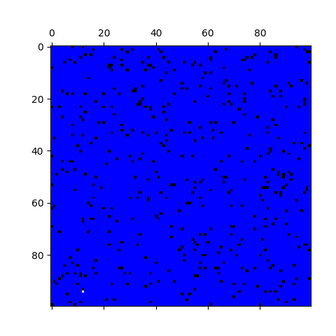
Repository: eduardodut/Trabalho_final_estatistica_cd
Script's output: python src/Simulador.py
An editor plug-in stored every save of this project. The script's output is shown before and after the next save, followed by the edit.
The pictures show rows 0 to 2240 of an output 480 px tall, at 70% of full size.
Each picture stacks the figures in order, with grey between them; figures that are only written to a file come last. The script is stopped after its 8th figure. Random numbers start from a fixed seed.

Above is the script's output before, as saved 2020-07-12 15:33:52.

### src/Simulador.py
import pandas as pd
import numpy as np
from Matriz_esferica import Matriz_esferica
from Individuo import Individuo, Fabrica_individuo
import random
from itertools import permutations
import matplotlib.pyplot as plt
from matplotlib.colors import ListedColormap
from scipy.sparse import csr_matrix, lil_matrix




class Simulador():
    SADIO = 0
    INFECTADO_TIPO_1 = 1 #assintomáticos e o infectado inicial
    INFECTADO_TIPO_2 = 2 #sintomático
    CURADO = 3
    MORTO = 4

    def __init__(
        self,
        tamanho_matriz,                 #numero de linhas e colunas da matriz esférica
        percentual_inicial_tipo1,       #percentual inicial da população que será infectada tipo 1
        percentual_inicial_tipo2,       #percentual inicial da população que será infectada tipo 2
        chance_infeccao,                #chance que um infectado tipo 2 tem de infectar um indivíduo saudável
        chance_infeccao_tipo2,          #chance de um indivíduo infectado se tornar contagioso
        chance_morte,                   #chance de um indivíduo tipo 2 morrer ao fim de uma atualização
        atualizacoes_cura):             #número de atualizações necessárias para a cura de um indivíduo tipo 1 ou 2

        self.num_atualizacoes = 0
        self.lista_infectados_tipo_2 = []
        self.lista_infectados_tipo_1 = []
        self.num_curados = 0
        self.num_mortos = 0

        self.chance_infeccao = chance_infeccao
        self.chance_infeccao_tipo2 = chance_infeccao_tipo2
        self.chance_morte = chance_morte
        self.atualizacoes_cura = atualizacoes_cura

        self.populacao_inicial = int(tamanho_matriz**2)
        self.num_inicial_tipo2 = int(self.populacao_inicial * percentual_inicial_tipo2)
        self.num_inicial_tipo1 = 1 + int(self.populacao_inicial * percentual_inicial_tipo1)
        self.num_inicial_sadios = self.populacao_inicial - (self.num_inicial_tipo2 + self.num_inicial_tipo1)

        self.matriz_status =lil_matrix((tamanho_matriz, tamanho_matriz),dtype= np.uint8) # np.zeros((tamanho_matriz, tamanho_matriz),dtype= np.uint8)#
        self.matriz_atualizacoes_cura = lil_matrix((tamanho_matriz, tamanho_matriz),dtype= np.uint8)#np.zeros((tamanho_matriz, tamanho_matriz),dtype= np.uint8)#



        #self.matriz_status = self.df_individuos.to_numpy()
        self.popular(tamanho_matriz)

        self.lista_matrizes_status = []


        #objeto que é responsável por validar a movimentação no grid n x n
        self.matriz_esferica = Matriz_esferica(tamanho_matriz)




        dict = {
                'num_sadios':self.num_inicial_sadios,
                'num_infect_t1':self.num_inicial_tipo1,
                'num_infect_t2':self.num_inicial_tipo2,
                'num_curados':0,
                'num_mortos':0}



        #dataframe que guardará os resultados de cada atualização
        self.dataframe = pd.DataFrame(dict,index = [0])
        self.salvar_posicionamento()


    def criar_individuo(self, status, posicao):

        self.matriz_status[posicao[0], posicao[1]] = status
        if status == self.INFECTADO_TIPO_1 or status == self.INFECTADO_TIPO_2:
            self.matriz_atualizacoes_cura[posicao[0], posicao[1]] = self.atualizacoes_cura
        else:
            self.matriz_atualizacoes_cura[posicao[0], posicao[1]] = 0


    def salvar_posicionamento(self):

        self.lista_matrizes_status.append(self.matriz_status)


    def verificar_infeccao(self, lista_infectantes):
        lista_novos_infectados_tipo1 = []
        lista_novos_infectados_tipo2 = []
        #itera sobre sobre a lista de individuos que infectam e cada um realiza a tividade de infectar
        for indice_infectante in lista_infectantes:

            #busca os vizinhos do infectante atual
            lista_vizinhos = self.matriz_esferica.get_vizinhos(indice_infectante)

            #Para cada vizinho, se ele for sadio, é gerado um número aleatório para verificar se foi infectado
            for indice_vizinho in lista_vizinhos:

                #verificação de SADIO
                if self.verifica_status(indice_vizinho) == self.SADIO:
                    #verificação do novo status
                    novo_status = self.infectar(chance_infeccao, chance_infeccao_tipo2)
                    #se for um infectado tipo 1
                    if novo_status == Individuo.INFECTADO_TIPO_1:
                        #adiciona na lista de novos tipo 1
                        lista_novos_infectados_tipo1.append(indice_vizinho)
                    if novo_status == Individuo.INFECTADO_TIPO_2:
                        #adiciona na lista de novos tipo 2
                        lista_novos_infectados_tipo2.append(indice_vizinho)


        return lista_novos_infectados_tipo1, lista_novos_infectados_tipo2

    def checagem_morte_individual(self, chance_morte):
        rng_morte = random.random()
        if rng_morte <= chance_morte:

            return self.MORTO
        else:
            return self.INFECTADO_TIPO_2

    def checar_cura_individual(self, indice):

        self.matriz_atualizacoes_cura[indice[0], indice[1]] = self.matriz_atualizacoes_cura[indice[0], indice[1]] - 1
        if self.matriz_atualizacoes_cura[indice[0], indice[1]] == 0:
            return self.CURADO
        else:
            return self.matriz_status[indice[0], indice[1]]

    def checagem_morte_lista(self, lista_infectantes):
        lista_mortos = []
        for indice_infectante in lista_infectantes:
            novo_status = self.checagem_morte_individual(self.chance_morte)
            if novo_status == Individuo.MORTO:
                lista_mortos.append(indice_infectante)
        return lista_mortos


    def checagem_cura_lista(self, lista_infectantes):
        lista_curados = []
        for indice_infectante in lista_infectantes:
            novo_status = self.checar_cura_individual(indice_infectante)
            if novo_status == Individuo.CURADO:
                lista_curados.append(indice_infectante)

        return lista_curados




    def iterar(self):

        #Verifica os novos infectados por infectantes do tipo 1 e 2
        #print(self.lista_infectados_tipo_1+self.lista_infectados_tipo_2)
        lista_novos_infectados_tipo1, lista_novos_infectados_tipo2 = self.verificar_infeccao(self.lista_infectados_tipo_1+self.lista_infectados_tipo_2)

        for indice in lista_novos_infectados_tipo1:
            self.criar_individuo(self.INFECTADO_TIPO_1, indice)
        for indice in lista_novos_infectados_tipo2:
            self.criar_individuo(self.INFECTADO_TIPO_2, indice)


        #Verifica morte dos infectados tipo 2
        lista_mortos = self.checagem_morte_lista(self.lista_infectados_tipo_2)
        #retira os indices dos individuos mortos da lista de infectados
        self.lista_infectados_tipo_2 = [indice for indice in self.lista_infectados_tipo_2 if indice not in lista_mortos]
        #Instancia individuos mortos na matriz
        for indice in lista_mortos:
            self.criar_individuo(self.MORTO, indice)
        #atualiza o número de mortos na matriz
        #self.num_mortos = self.num_mortos + len(lista_mortos)

        #Verifica cura dos infectados tipo 1
        lista_curados_t1 = self.checagem_cura_lista(self.lista_infectados_tipo_1)

        #Verifica cura dos infectados tipo 2
        lista_curados_t2 = self.checagem_cura_lista(self.lista_infectados_tipo_2 )

        #Instancia individuos mortos na matriz
        for indice in lista_curados_t1+lista_curados_t2:
            self.criar_individuo(self.CURADO, indice)

        #atualiza o número de curados na matriz
        #self.num_curados = self.num_curados + len(lista_curados_t1 + lista_curados_t2)


        #Atualiza a lista de infectados após a cura dos individuos
        self.lista_infectados_tipo_1 = [indice for indice in self.lista_infectados_tipo_1 if indice not in lista_curados_t1]
        self.lista_infectados_tipo_2 = [indice for indice in self.lista_infectados_tipo_2 if indice not in lista_curados_t2]

        #movimentação
        for indice in self.lista_infectados_tipo_1+self.lista_infectados_tipo_2:
            self.mover_infectante(indice)


        self.lista_infectados_tipo_1 = []
        self.lista_infectados_tipo_2 = []
        # matriz_infectantes = self.matriz_status[self.matriz_status > 0]
        # matriz_infectantes = matriz_infectantes[matriz_infectantes < 3]
        indices_nao_sadios = zip(*self.matriz_status.nonzero())
        self.num_curados = 0
        self.num_mortos = 0
        for indice in indices_nao_sadios:

            status = self.matriz_status[indice[0], indice[1]]
            if status == self.INFECTADO_TIPO_1:
                self.lista_infectados_tipo_1.append(indice)
            if status == self.INFECTADO_TIPO_2:
                self.lista_infectados_tipo_2.append(indice)
            if status == self.CURADO:
                self.num_curados +=1
            if status == self.MORTO:
                self.num_mortos +=1



        dict = {'num_sadios': self.populacao_inicial - len(self.lista_infectados_tipo_1) -len(self.lista_infectados_tipo_2) -self.num_curados-self.num_mortos,
                'num_infect_t1': len(self.lista_infectados_tipo_1),
                'num_infect_t2': len(self.lista_infectados_tipo_2),
                'num_curados': self.num_curados,
                'num_mortos': self.num_mortos}

        self.dataframe = self.dataframe.append(dict, ignore_index=True)

        self.salvar_posicionamento()

        #adiciona 1 ao número de atualizações realizadas na matriz
        self.num_atualizacoes +=1

    def infectar(self, chance_infeccao, chance_infeccao_tipo2):
        saida = Individuo.SADIO

        #número aleatório para chance de infectar o vizinho
        rng_infeccao = random.random()
        if rng_infeccao <= chance_infeccao:
            #número aleatório para chance de infecção tipo 1 ou 2
            rng_infeccao_tipo2 = random.random()
            if rng_infeccao_tipo2 <= chance_infeccao_tipo2:
                saida = Individuo.INFECTADO_TIPO_2
            else:
                saida = Individuo.INFECTADO_TIPO_1
        return saida

    def popular(self, tamanho_matriz):

        #lista de possíveis combinações de índices da matriz de dados
        permutacoes = permutations(list(range(tamanho_matriz)),2)
        #conversão para lista de tuplas(x,y)
        lista_indices = list(permutacoes)
        #embaralhamento dos índices
        random.shuffle(lista_indices)

        #cria o primeiro tipo1:
        indice = lista_indices.pop()
        self.criar_individuo(Individuo.INFECTADO_TIPO_1, indice)
        self.lista_infectados_tipo_1.append(indice)
        #cria o restante dos tipos 1
        for i in range(1,self.num_inicial_tipo1):
            indice = lista_indices.pop()
            self.criar_individuo(Individuo.INFECTADO_TIPO_1,indice)
            self.lista_infectados_tipo_1.append(indice)
        #cria o restante dos tipo 2:
        for indice in range(self.num_inicial_tipo2):
            indice = lista_indices.pop()
            self.criar_individuo(Individuo.INFECTADO_TIPO_2,indice)
            self.lista_infectados_tipo_2.append(indice)

    def trocar(self,matriz,ponto_ini,ponto_final):
        x_ini = ponto_ini[0]
        y_ini = ponto_ini[1]
        x_fin = ponto_final[0]
        y_fin = ponto_final[1]

        aux = matriz[x_fin,y_fin]
        matriz[x_fin,y_fin] = matriz[x_ini,y_ini]
        matriz[x_ini,y_ini] = aux


    def verifica_status(self, indice):
        return self.matriz_status[indice[0], indice[1]]

    def mover_infectante(self, posicao_inicial):
        pos_x, pos_y = posicao_inicial[0], posicao_inicial[1]
        rng_posicao = random.random()
        if rng_posicao <=0.25:
            #move pra cima
            pos_x -= 1
        elif rng_posicao <=0.5:
            #move pra baixo
            pos_x += 1
        elif rng_posicao <=0.75:
            #move para esquerda
            pos_y -= 1
        else:
            #move para direita
            pos_y += 1

        posicao_final= self.matriz_esferica.valida_ponto_matriz(pos_x, pos_y)


        self.trocar(self.matriz_status, posicao_inicial, posicao_final)
        self.trocar(self.matriz_atualizacoes_cura, posicao_inicial, posicao_final)
        return posicao_final






chance_infeccao = 0.3
chance_infeccao_tipo2 = 0.2
chance_morte = 0.02
atualizacoes_cura = 10
percentual_inicial_tipo1 = 0.0
percentual_inicial_tipo2 = 0.0


sim = Simulador(
    100,
    percentual_inicial_tipo1,
    percentual_inicial_tipo2,
    chance_infeccao,
    chance_infeccao_tipo2,
    chance_morte,atualizacoes_cura)

#print(sim.lista_matrizes_posicionamento[0])
#print(sim.lista_infectados_tipo_2)
#print(sim.lista_infectados_tipo_1)
cmap = ListedColormap(['w', 'y', 'r', 'blue', 'black'])


while (sim.dataframe.iloc[-1]['num_infect_t1']+sim.dataframe.iloc[-1]['num_infect_t2']) > 0:
    #plt.matshow(sim.matriz_status.toarray(), cmap = cmap, vmin= 0, vmax = 4)
 #   print(sim.dataframe.iloc[-1])
    sim.iterar()
    #print(sim.dataframe.iloc[-1])
    #print("xxxxxxxxxxxxxxxxxTipo: ",type(sim.lista_matrizes_posicionamento[len(sim.lista_matrizes_posicionamento)-1].toarray()))
plt.matshow(sim.matriz_status.toarray(), cmap = cmap, vmin= 0, vmax = 4)
print(sim.dataframe)
plt.show()
# for i in range(30):
#     #plt.matshow(sim.lista_matrizes_status[i].toarray(), cmap = cmap, vmin= 0, vmax = 4)
#     sim.iterar()
# print(sim.dataframe)
# plt.show()

### src/Matriz_esferica.py

import random

class Matriz_esferica():

    def __init__(self, tamanho):
        self.tamanho = tamanho

    def get_vizinho_esquerda(self, indice_x: int, indice_y: int):
        return self.checa_limite_matriz(indice_x), self.checa_limite_matriz(indice_y -1)

    def get_vizinho_direita(self, indice_x: int, indice_y: int):
        return self.checa_limite_matriz(indice_x), self.checa_limite_matriz(indice_y + 1)

    def get_vizinho_cima(self, indice_x: int, indice_y: int):
        return self.checa_limite_matriz(indice_x - 1), self.checa_limite_matriz(indice_y)

    def get_vizinho_baixo(self, indice_x: int, indice_y: int):
        return self.checa_limite_matriz(indice_x + 1), self.checa_limite_matriz(indice_y)

    def get_vizinhos(self, indice):
        indice_x = indice[0]
        indice_y = indice[1]
        return self.get_vizinho_cima(indice_x,indice_y), self.get_vizinho_baixo(indice_x,indice_y),  self.get_vizinho_esquerda(indice_x,indice_y), self.get_vizinho_direita(indice_x,indice_y)

    def checa_limite_matriz(self, indice):

        if indice < 0:
            return self.tamanho + indice
        elif indice > self.tamanho - 1:
            return indice - self.tamanho
        else:
            return indice

    def valida_ponto_matriz(self, indice_x: int, indice_y: int):

        return self.checa_limite_matriz(indice_x), self.checa_limite_matriz(indice_y)

    #devolve um ponto aleatório vizinho da matriz a partir do ponto especificado em uma das 8 direções
    def passo(self, indice_x: int, indice_y: int, tamanho_max_passo: int):

        passo_x = tamanho_max_passo if random.random() >=0.5 else -tamanho_max_passo
        passo_y = tamanho_max_passo if random.random() >=0.5 else -tamanho_max_passo
        return self.checa_limite_matriz(indice_x + passo_x), self.checa_limite_matriz(indice_y + passo_y)

### src/Individuo.py
import random

class Individuo():

    SADIO = 0
    INFECTADO_TIPO_1 = 1 #assintomáticos e o infectado inicial
    INFECTADO_TIPO_2 = 2 #sintomático
    CURADO = 3
    MORTO = 4

    def __init__(
        self,
        status,
        atualizacoes_cura,
        posicao):

        self.status = status
        self.atualizacoes_cura = atualizacoes_cura
        self.posicao = posicao
    # def __repr__(self):
    #     return  str(self.status)




    def infectar(self, chance_infeccao, chance_infeccao_tipo2):
        saida = Individuo.SADIO
        if (self.status == Individuo.INFECTADO_TIPO_2 or self.status == Individuo.INFECTADO_TIPO_1):
            #número aleatório para chance de infectar o vizinho
            rng_infeccao = random.random()
            if rng_infeccao <= chance_infeccao:
                #número aleatório para chance de infecção tipo 1 ou 2
                rng_infeccao_tipo2 = random.random()
                if rng_infeccao_tipo2 <= chance_infeccao_tipo2:
                    saida = Individuo.INFECTADO_TIPO_2
                else:
                    saida = Individuo.INFECTADO_TIPO_1



        return saida

    def checagem_morte(self, chance_morte):

        if self.status == Individuo.INFECTADO_TIPO_2:
            rng_morte = random.random()
            if rng_morte <= chance_morte:
                self.status = Individuo.MORTO
                return self.status

        return self.checagem_cura()

    def checagem_cura(self):
        if self.status == Individuo.INFECTADO_TIPO_2 or self.status == Individuo.INFECTADO_TIPO_1:
            self.atualizacoes_cura = self.atualizacoes_cura - 1

            if self.atualizacoes_cura == 0:
                self.status = Individuo.CURADO

        return self.status



class Fabrica_individuo():

    def __init__(
        self,
        atualizacoes_cura):             #número de atualizações necessárias para a cura de um indivíduo tipo 1 ou 2

        self.atualizacoes_cura = atualizacoes_cura

    def criar_individuo(self, status_inicial, posicao):

        return Individuo(
            status_inicial,
            self.atualizacoes_cura,
            posicao)

After the next save:
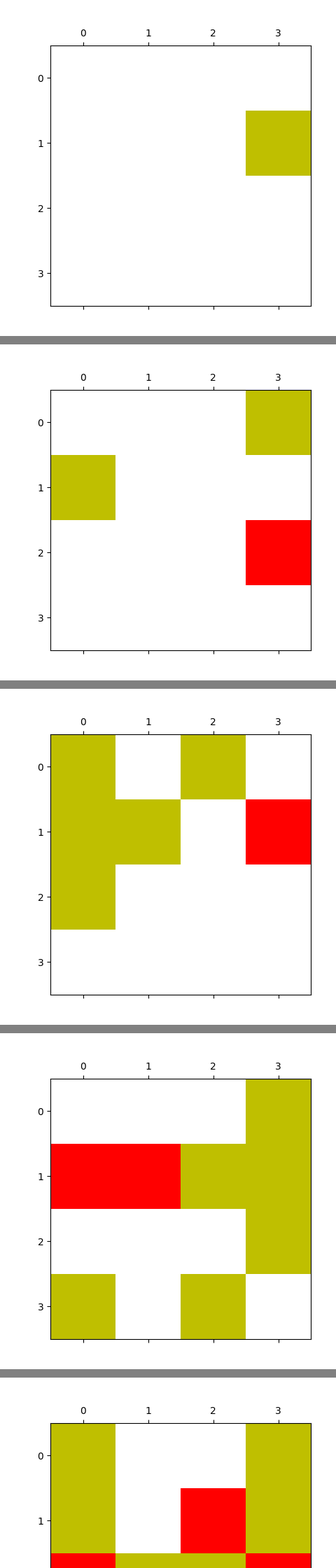
Saved 62 s later.
--- a/src/Simulador.py
+++ b/src/Simulador.py
@@ -321,7 +321,7 @@ percentual_inicial_tipo2 = 0.0
 
 
 sim = Simulador(
-    100,
+    4,
     percentual_inicial_tipo1,
     percentual_inicial_tipo2,
     chance_infeccao,
@@ -335,7 +335,7 @@ cmap = ListedColormap(['w', 'y', 'r', 'blue', 'black'])
 
 
 while (sim.dataframe.iloc[-1]['num_infect_t1']+sim.dataframe.iloc[-1]['num_infect_t2']) > 0:
-    #plt.matshow(sim.matriz_status.toarray(), cmap = cmap, vmin= 0, vmax = 4)
+    plt.matshow(sim.matriz_status.toarray(), cmap = cmap, vmin= 0, vmax = 4)
  #   print(sim.dataframe.iloc[-1])
     sim.iterar()
     #print(sim.dataframe.iloc[-1])
